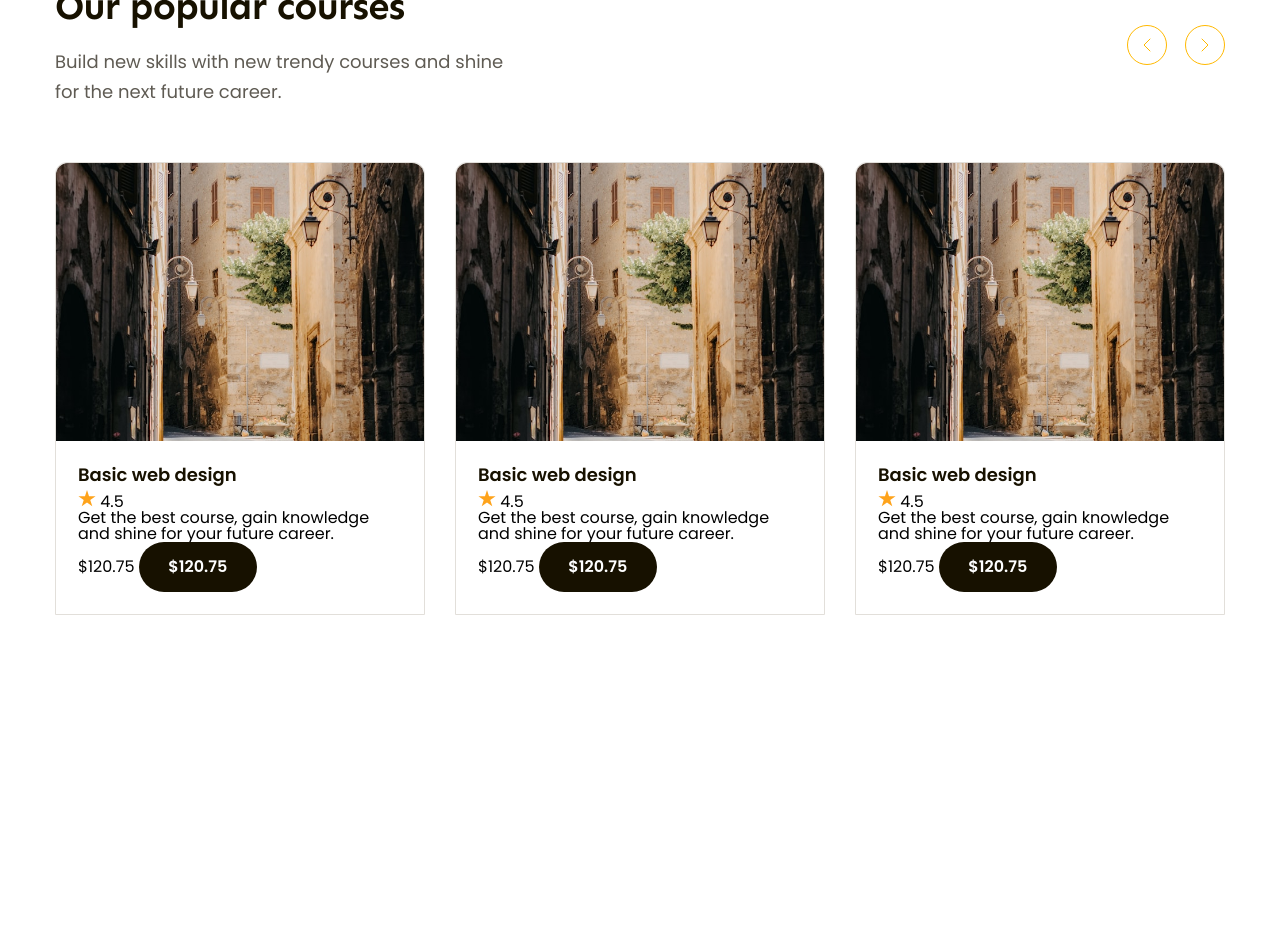
Repository: empty24062002/f8-htmlcss-02-pratice
Page: index.html
The author's editor kept a copy of each file at every save. The page is drawn from the files as they stood at one save, then again after the next save.
The browser window is 1280 px wide. The pictures show the part of the page from y = 1089 to 2041 px (the page is 5187 px tall).
A picture or video elsewhere on the page could not be fetched, so the positions and the page height are approximate.

Above is the page before, as saved 2023-07-19 07:59:18.

### index.html
<!DOCTYPE html>
<html lang="en">
    <head>
        <meta charset="UTF-8" />
        <meta name="viewport" content="width=device-width, initial-scale=1.0" />
        <title>F8 Project 02 Practice</title>
        <!-- Reset CSS -->
        <link rel="stylesheet" href="./assets/css/reset.css" />
        <!-- Embed font -->
        <link rel="preconnect" href="https://fonts.googleapis.com" />
        <link rel="preconnect" href="https://fonts.gstatic.com" crossorigin />
        <link
            href="https://fonts.googleapis.com/css2?family=Poppins:wght@400;500;600;700&family=Sen:wght@700&display=swap"
            rel="stylesheet"
        />
        <link rel="stylesheet" href="./assets/css/styles.css" />
    </head>
    <body>
        <!-- Header -->
        <header class="header fixed">
            <div class="main-content">
                <div class="body">
                    <img
                        src="./assets/img/logo.svg"
                        alt="lesson."
                        class="logo"
                    />
                    <!-- nav -->
                    <nav class="nav">
                        <ul>
                            <li class="active">
                                <a href="#!">Home</a>
                            </li>
                            <li>
                                <a href="#!">Courses</a>
                            </li>
                            <li>
                                <a href="#!">Pricing</a>
                            </li>
                            <li>
                                <a href="#!">Reviews</a>
                            </li>
                        </ul>
                    </nav>
                    <!-- Action -->
                    <div class="action">
                        <a href="#!" class="btn sign-up-btn">Sign Up</a>
                    </div>
                </div>
            </div>
        </header>
        <main style="height: 5000px">
            <!-- hero -->
            <div class="hero">
                <div class="main-content">
                    <div class="hero-body">
                        <!-- Hero left -->
                        <div class="media-block">
                            <img
                                src="./assets/img/hero-media.jpg"
                                alt="Learn without limits and spread knowledge."
                                class="img"
                            />
                            <div class="hero-summary">
                                <!-- Item 1 -->
                                <div class="item">
                                    <div class="icon">
                                        <img
                                            src="./assets/icons/icon1.svg"
                                            alt=""
                                        />
                                    </div>
                                    <div class="info">
                                        <p class="lable">20 Courses</p>
                                        <p class="title">UI/UX Design</p>
                                    </div>
                                </div>
                                <!-- Item 2 -->
                                <div class="item">
                                    <div class="icon">
                                        <img
                                            src="./assets/icons/icon2.svg"
                                            alt=""
                                        />
                                    </div>
                                    <div class="info">
                                        <p class="lable">20 Courses</p>
                                        <p class="title">Development</p>
                                    </div>
                                </div>
                                <!-- Item 3 -->
                                <div class="item">
                                    <div class="icon">
                                        <img
                                            src="./assets/icons/icon 3.svg"
                                            alt=""
                                        />
                                    </div>
                                    <div class="info">
                                        <p class="lable">30 Courses</p>
                                        <p class="title">Marketing</p>
                                    </div>
                                </div>
                            </div>
                        </div>
                        <!-- Hero right -->
                        <div class="content-block">
                            <h1 class="heading lv1">
                                Learn without limits and spread knowledge.
                            </h1>
                            <p class="desc">
                                Build new skills for that “this is my year”
                                feeling with courses, certificates, and degrees
                                from world-class universities and companies.
                            </p>
                            <div class="cta-group">
                                <a href="" class="btn cta-btn">See Courses</a>
                                <button class="watch-video">
                                    <div class="icon">
                                        <img
                                            src="./assets/icons/watch-video.svg"
                                            alt=""
                                        />
                                    </div>
                                    <span>Watch video</span>
                                </button>
                            </div>
                            <p class="desc">Recent engagement</p>
                            <p class="desc stats">
                                <strong>50K</strong> Students
                                <strong>70+</strong> Courses
                            </p>
                        </div>
                    </div>
                </div>
            </div>
            <!-- Popular -->
            <div class="popular">
                <div class="main-content">
                    <div class="popular-top">
                        <div class="info">
                            <h2 class="heading lv2">Our popular courses</h2>
                            <p class="desc">
                                Build new skills with new trendy courses and
                                shine for the next future career.
                            </p>
                        </div>
                        <div class="controls">
                            <button class="control-btn">
                                <svg
                                    width="8"
                                    height="14"
                                    viewBox="0 0 8 14"
                                    fill="none"
                                    xmlns="http://www.w3.org/2000/svg"
                                >
                                    <path
                                        d="M7 1L1 7L7 13"
                                        stroke="currentColor"
                                        stroke-linecap="round"
                                        stroke-linejoin="round"
                                    />
                                </svg>
                            </button>
                            <button class="control-btn">
                                <svg
                                    width="8"
                                    height="14"
                                    viewBox="0 0 8 14"
                                    fill="none"
                                    xmlns="http://www.w3.org/2000/svg"
                                >
                                    <path
                                        d="M1 1L7 7L1 13"
                                        stroke="currentColor"
                                        stroke-linecap="round"
                                        stroke-linejoin="round"
                                    />
                                </svg>
                            </button>
                        </div>
                    </div>
                    <div class="course-list">
                        <!-- Course item 1 -->
                        <div class="course-item">
                            <a href="#!">
                                <img
                                    src="./assets/img/popular-1.jpg"
                                    alt=""
                                    class="thumb"
                                />
                            </a>
                            <div class="info">
                                <div class="head">
                                    <h3 class="title">
                                        <a href="">Basic web design</a>
                                    </h3>
                                    <div class="rating">
                                        <img
                                            src="./assets/icons/star.svg"
                                            alt=""
                                            class="star"
                                        />
                                        <span class="value">4.5</span>
                                    </div>
                                    <p class="desc">
                                        Get the best course, gain knowledge and
                                        shine for your future career.
                                    </p>
                                    <div class="foot">
                                        <span class="price"> $120.75 </span>
                                        <a href="#!" class="btn">$120.75</a>
                                    </div>
                                </div>
                            </div>
                        </div>
                        <!-- Course item 2 -->
                        <div class="course-item">
                            <a href="#!">
                                <img
                                    src="./assets/img/popular-1.jpg"
                                    alt=""
                                    class="thumb"
                                />
                            </a>
                            <div class="info">
                                <div class="head">
                                    <h3 class="title">
                                        <a href="">Basic web design</a>
                                    </h3>
                                    <div class="rating">
                                        <img
                                            src="./assets/icons/star.svg"
                                            alt=""
                                            class="star"
                                        />
                                        <span class="value">4.5</span>
                                    </div>
                                    <p class="desc">
                                        Get the best course, gain knowledge and
                                        shine for your future career.
                                    </p>
                                    <div class="foot">
                                        <span class="price"> $120.75 </span>
                                        <a href="#!" class="btn">$120.75</a>
                                    </div>
                                </div>
                            </div>
                        </div>
                        <!-- Course Item 3 -->
                        <div class="course-item">
                            <a href="#!">
                                <img
                                    src="./assets/img/popular-1.jpg"
                                    alt=""
                                    class="thumb"
                                />
                            </a>
                            <div class="info">
                                <div class="head">
                                    <h3 class="title">
                                        <a href="">Basic web design</a>
                                    </h3>
                                    <div class="rating">
                                        <img
                                            src="./assets/icons/star.svg"
                                            alt=""
                                            class="star"
                                        />
                                        <span class="value">4.5</span>
                                    </div>
                                    <p class="desc">
                                        Get the best course, gain knowledge and
                                        shine for your future career.
                                    </p>
                                    <div class="foot">
                                        <span class="price"> $120.75 </span>
                                        <a href="#!" class="btn">$120.75</a>
                                    </div>
                                </div>
                            </div>
                        </div>
                    </div>
                </div>
            </div>
        </main>
    </body>
</html>

### assets/css/styles.css
* {
    box-sizing: border-box;
}

:root {
    --font-heading: Sen, sans-serif;
    --primary-color: #ffb900;
    --secondary-color: #171100;
}

html {
    font-size: 62.5%;
}

body {
    font-size: 1.6rem;
    font-family: "Poppins", sans-serif;
}

/* Common */
a {
    text-decoration: none;
}

.main-content {
    width: 1170px;
    max-width: calc(100% - 48px);
    margin-left: auto;
    margin-right: auto;
}

.btn {
    display: inline-block;
    width: 118px;
    line-height: 50px;
    font-size: 1.6rem;
    font-weight: 600;
    text-align: center;
    color: #ffffff;
    background: var(--secondary-color);
    border-radius: 999px;
}

.btn:hover {
    opacity: 0.9;
    cursor: pointer;
}

.heading {
    color: var(--secondary-color);
    font-family: var(--font-heading);
    font-size: 5.8rem;
    letter-spacing: -0.02em;
}

.heading.lv1 {
    font-weight: 700;
    line-height: 1.17;
}
.heading.lv2 {
    font-size: 3.8rem;
    line-height: 1.26;
}

/* Header */
.header {
    padding: 56px 0 65px;
    background: #fffcf4;
}

.header.fixed {
    position: sticky;
    margin-top: -28px;
}

.header .body {
    display: flex;
    align-items: center;
    padding: 36px 0 8px;
}

.nav {
    margin-left: auto;
}

.nav ul {
    display: flex;
}

.nav a {
    position: relative;
    padding: 8px 21px;
    font-size: 1.6rem;
    font-weight: 400;
    color: var(--secondary-color);
}

.nav a:hover,
.nav li.active a {
    text-shadow: 1px 0 0 currentColor;
    color: var(--secondary-color);
}

.nav li.active a::after {
    position: absolute;
    left: 21px;
    bottom: 6px;
    content: "";
    display: block;
    width: 12px;
    height: 2px;
    border-radius: 1px;
    background-color: var(--secondary-color);
}

.header .sign-up-btn {
    min-width: 144px;
    border-radius: 25px;
}

.header .action {
    margin-left: 49px;
}

/* Hero */
.hero {
    background: #fffcf4;
    padding-top: 64px 0 65px;
}

.hero .hero-body {
    display: flex;
}

/* hero left */
.hero .media-block {
    width: 48%;
    position: relative;
}

.hero .media-block .img {
    width: 470px;
    height: 685px;
    object-fit: cover;
    border-radius: 20px;
    vertical-align: bottom;
}

.hero-summary {
    position: absolute;
    padding: 24px 28px;
    bottom: 48px;
    right: 0;
    width: 270px;
    border-radius: 12px;
    background-color: #ffffff;
    box-shadow: 0px 16px 32px 0px #0000000d;
}

.hero-summary .item {
    display: flex;
    align-items: center;
}

.hero-summary .item + .item {
    margin-top: 22px;
}

.hero-summary .icon {
    display: flex;
    align-items: center;
    justify-content: center;
    width: 48px;
    height: 48px;
    background-color: #fff9e8;
    border-radius: 50%;
}

.hero-summary .item:nth-of-type(2) .icon {
    background: #fcefff;
}
.hero-summary .item:nth-of-type(3) .icon {
    background: #ebeaff;
}

.hero-summary .info {
    margin-left: 16px;
}

.hero-summary .lable {
    color: #5f5b53;
    font-size: 1.4rem;
    font-weight: 400;
    line-height: 1.85;
}

.hero-summary .title {
    color: var(--secondary-color);
    font-size: 1.8rem;
    font-weight: 600;
    line-height: 1.66;
}
/* Hero right */
.hero .content-block {
    width: 52%;
    padding: 64px 0 0 130px;
}

.hero .desc {
    margin-top: 22px;
    color: #5f5b53;
    font-size: 1.8rem;
    font-weight: 400;
    line-height: 1.66;
}

.hero .cta-group {
    display: flex;
    align-items: center;
    margin: 38px 0 48px;
}

.hero .cta-btn {
    min-width: 180px;
    line-height: 64px;
    background-color: var(--primary-color);
}

.hero .watch-video {
    display: flex;
    justify-content: center;
    align-items: center;
    margin-left: 28px;
    border: none;
    background-color: transparent;
}

.hero .watch-video .icon {
    display: flex;
    align-items: center;
    justify-content: center;
    width: 40px;
    height: 40px;
    border-radius: 50%;
    background-color: #ffffff;
    box-shadow: 0px 8px 16px 0px #00000012;
}

.hero .watch-video span {
    margin-left: 14px;
    color: var(--secondary-color);
    font-size: 1.8rem;
    font-weight: 600;
    line-height: 1.66;
}

.hero .stats {
    margin: 8px 0 0 -28px;
}

.hero .stats strong {
    padding: 0 8px 0 28px;
    color: var(--secondary-color);
    font-family: var(--font-heading);
    font-size: 4.4rem;
    font-weight: 700;
    line-height: 1.22;
}
/* Popular */
.popular {
    padding: 65px 0;
    margin-top: 135px;
}

.popular-top {
    display: flex;
    justify-content: space-between;
    align-items: center;
}

.popular-top .desc {
    width: 458px;
    margin-top: 16px;
    color: #5f5b53;
    font-size: 1.8rem;
    font-weight: 400;
    line-height: 1.66;
}

.popular-top .controls {
    display: flex;
    gap: 18px;
}

.popular-top .control-btn {
    display: flex;
    justify-content: center;
    align-items: center;
    width: 40px;
    height: 40px;
    color: var(--primary-color);
    border: 1px solid var(--primary-color);
    border-radius: 50%;
    background-color: transparent;
    cursor: pointer;
}

.popular-top .control-btn:hover {
    color: #fff9e8;
    background-color: var(--primary-color);
}

.popular .course-list {
    display: flex;
    gap: 30px;
    margin-top: 55px;
}

.popular .course-item {
    flex: 1;
    width: 370px;
    background-color: #ffffff;
    border: 1px solid #e2dfda;
    border-radius: 12px 12px 0px 0px;
}

.popular .course-item:hover {
    border-color: transparent;
    box-shadow: 0px 18px 36px 0px #0000000d;
}

.popular .course-item .thumb {
    width: 100%;
    height: 278px;
    object-fit: cover;
    border-radius: 12px 12px 0px 0px;
}
.popular .course-item .info {
    padding: 16px 22px 22px;
}

.popular .course-item .title a {
    color: var(--secondary-color);
    font-size: 1.8rem;
    font-weight: 600;
    line-height: 1.66;
}

Loaded but not shown: assets/css/reset.css (common file)

After the next save:
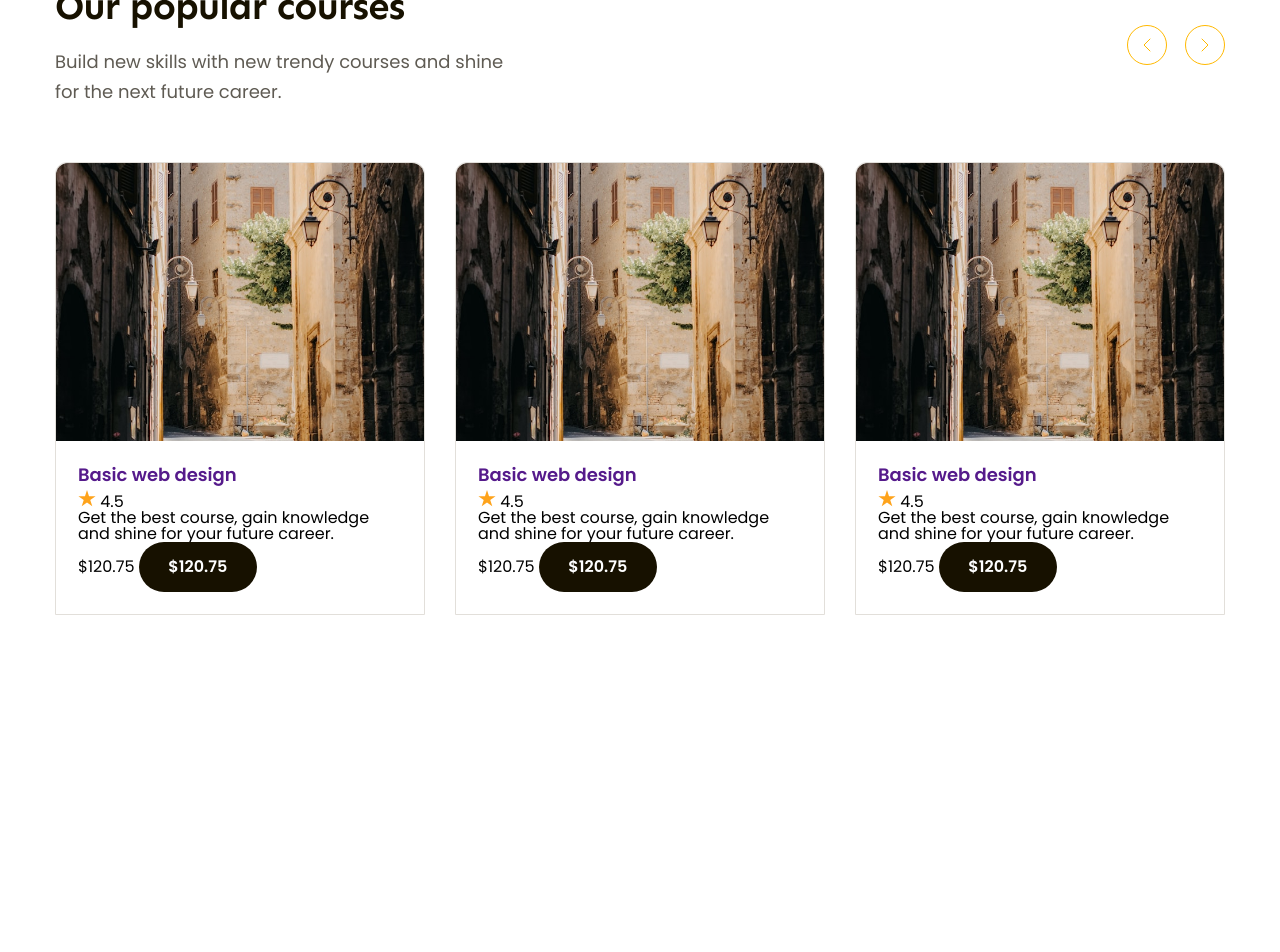
Saved 9 s later.
--- a/assets/css/styles.css
+++ b/assets/css/styles.css
@@ -339,7 +339,7 @@
     padding: 16px 22px 22px;
 }
 
-.popular .course-item .title a {
+.popular .course-item .title {
     color: var(--secondary-color);
     font-size: 1.8rem;
     font-weight: 600;

After the save that followed:
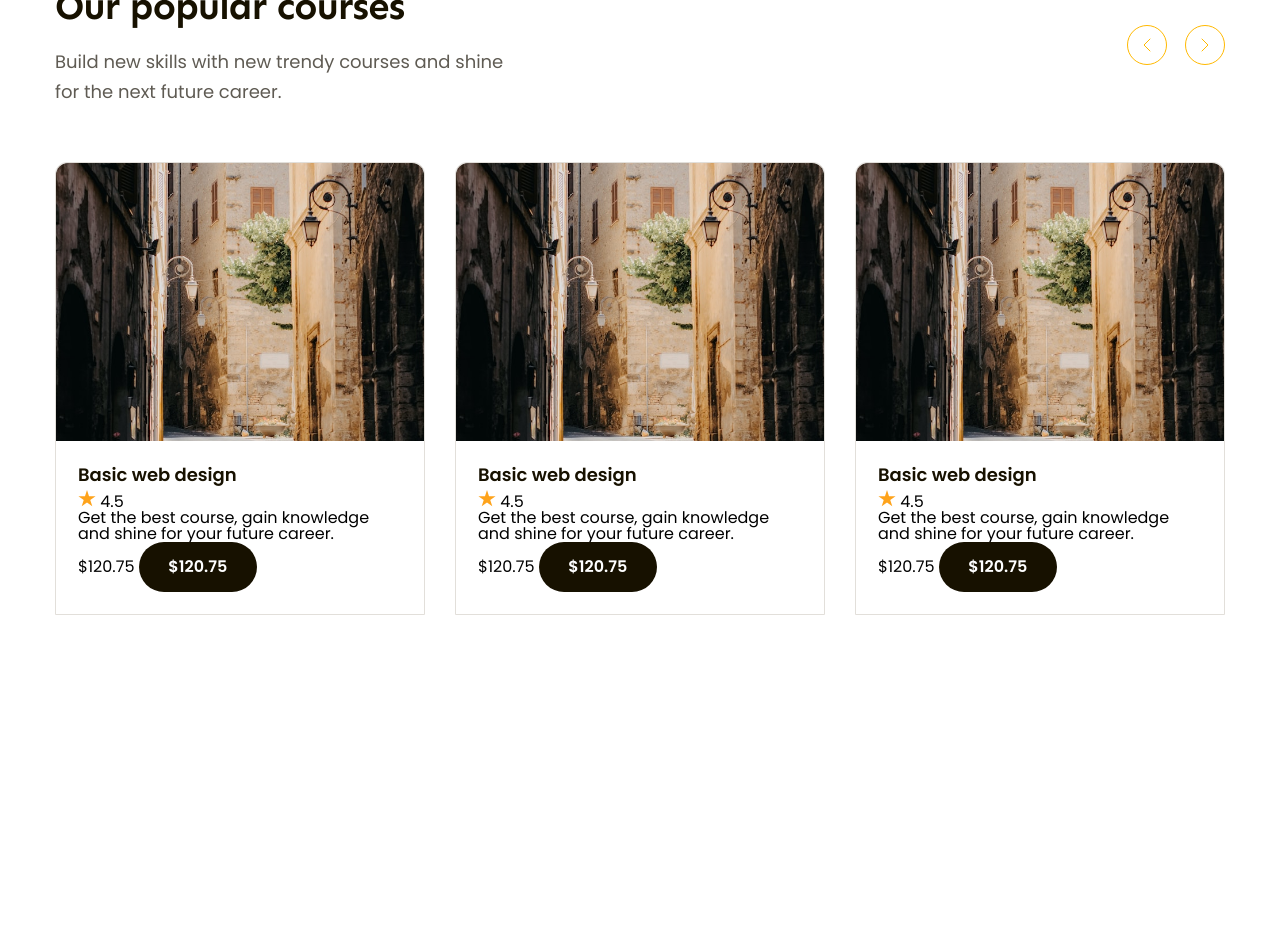
Saved 5 s later.
--- a/assets/css/styles.css
+++ b/assets/css/styles.css
@@ -339,7 +339,7 @@
     padding: 16px 22px 22px;
 }
 
-.popular .course-item .title {
+.popular .course-item .title a {
     color: var(--secondary-color);
     font-size: 1.8rem;
     font-weight: 600;
